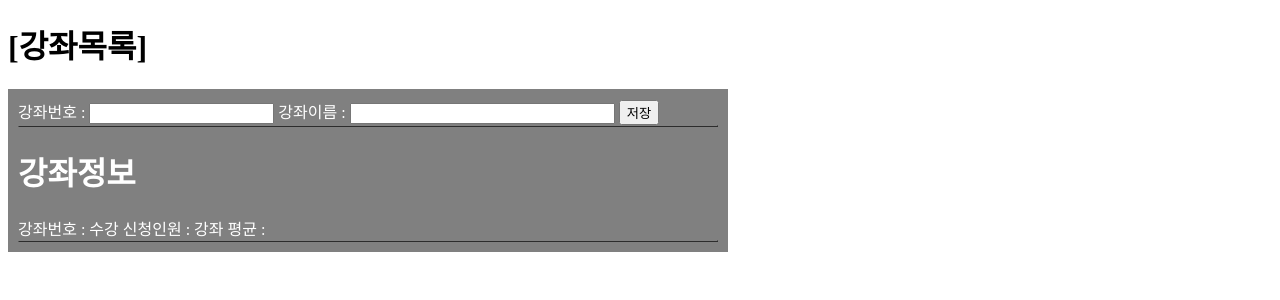
Repository: odasd/Ark-html
Page: 20200429/ex20200508/WebContent/clist.html
The author's editor kept a copy of each file at every save. The page is drawn from the files as they stood at one save, then again after the next save.
The browser window is 1280 px wide. The pictures show the whole page.
Some web libraries are served in a nearby version.

Above is the page before, as saved 2020-05-08 07:07:25.

### 20200429/ex20200508/WebContent/clist.html
<!DOCTYPE html>
<html>
<head>
	<meta charset="UTF-8">
	<title>강좌목록</title>
	<script src="http://code.jquery.com/jquery-1.9.1.js"></script>
	<script src="https://cdnjs.cloudflare.com/ajax/libs/handlebars.js/3.0.1/handlebars.js"></script>
	<style>
		select {height:23px;}
		#courses {background:gray; color:white; width:700px; padding:10px; margin-bottom:10px;}
	</style>
</head>
<body>
	<h1>[강좌목록]</h1>
	<div id="courses">
		강좌번호 : <input type="text" id="lcode" maxlength=4>
		강좌이름 : <input type="text" id="lname" size=30>
		<input type="button" id="btnSave" value="저장">

		<table id=tbl border=1 width=700></table>
		<script id="temp" type="text/x-handlebars-template">
		<tr>
			<th>강좌번호</th>
			<th>강좌이름</th>
			<th>삭제</th>
		</tr>
		{{#each array}}
		<tr class=row>
			<td class=lcode>{{lcode}}</td>
			<td class=lname>{{lname}}</td>
			<td><button>삭제</botton></td>
		</tr>
		{{/each}}


	</script>
	<div id="enroll">
		<h1>강좌정보</h1>
		강좌번호 : <span id=lcode></span>
		수강 신청인원 : <span id=cnt></span>
		강좌 평균 : <span id=avg></span>
	</div>
	<table id=tbl2 border=1 width=700></table>
	<script id="temp2" type="text/x-handlebars-template">
		<tr>
			<th>학생번호</th>
			<th>학생이름</th>
			<th>점수</th>
			<th>수정</th>
		</tr>
		{{#each array}}
		<tr class=row>
			<td class=scode>{{scode}}</td>
			<td class=sname>{{sname}}</td>
			<th><input type=text value={{grade}}></th>
			<td><button>수정</botton></td>
		</tr>
		{{/each}}


	</script>
	</div>
</body>
<script>

	getlist();
	//수강신청학생 보기
	$("#tbl").on("click",".row" ,function(){
		$("#enroll").hide();
		var lcode=$(this).find(".lcode").html();
		$.ajax({
			type:"get",
			url:"celist.jsp",
			dataType:"json",
			data:{"lcode":lcode},
			success:function(data){
				if(data.cnt==0) {
					alert("수강신청한 학생이 없습니다.");
				} else {
					var temp=Handlebars.compile($("#temp2").html());
					$("#tbl2").html(temp(data));
					$("#lcode").html(data.lcode);
		            $("#cnt").html(data.cnt);
		            $("#avg").html(data.avg);
		            $("#enroll").show();
					$("#tbl2").show();
				}

			}
		});
	});
	function getlist(){
		$.ajax({
			type:"get",
			url:"clist.jsp",
			dataType:"json",
			success:function(data){
				var temp=Handlebars.compile($("#temp").html());
				$("#tbl").html(temp(data));
			}
		});
		}

        function getinsert(){
		if(!confirm("강좌를 등록하시겠습니까?")) return;
		lcode=$("#lcode").val();
		lname=$("#lname").val();

		$.ajax({
			type:"post",
			url:"cinsert.jsp",
			data:{"lcode":lcode,"lname":lname},
			dataType:"json",
			success:function(data){
				var cnt=data.cnt;
				if(cnt==1) {
					alert("강좌가 이미 존재합니다.");
				} else {
					alert("저장되었습니다.");
					getlist();
				}

			}

		});
        }
	$("#lname").keydown(function(key){
		if (key.keyCode == 13) {
			getinsert();
		}
	});

	$("#tbl").on("click", ".row button", function(){
		var row=$(this).parent().parent();
		lcode=row.find(".lcode").html();
		if(!confirm(lcode + "를(을) 삭제하시겠습니까?")) return;
		$.ajax({
			type:"post",
			url:"cdelete.jsp",
			dataType:"json",
			data:{"lcode":lcode},
			success:function(data){
				var cnt=data.cnt;
				if(cnt==0) {
					alert("삭제되었습니다.");
					getlist();
				} else {
					alert("강좌 데이터가 있어 삭제할수 없습니다.")
				}
			}
		});
	});

	$("#btnSave").on("click", function(){
		getinsert();
	});
</script>
</html>

After the next save:
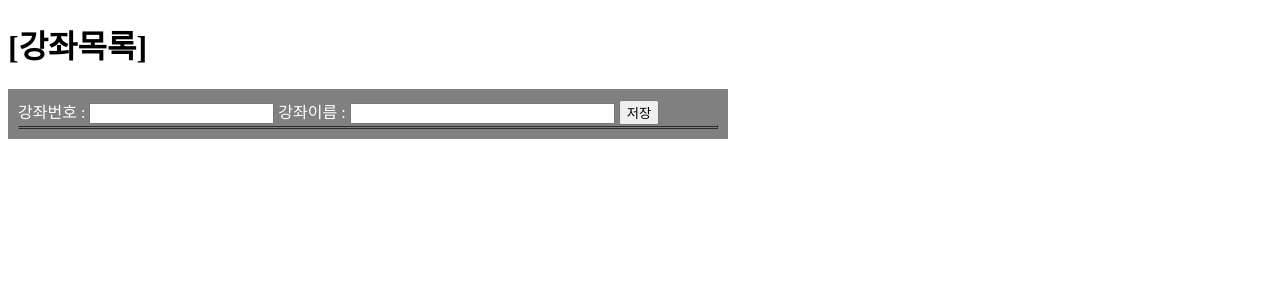
Saved 75 s later.
--- a/20200429/ex20200508/WebContent/clist.html
+++ b/20200429/ex20200508/WebContent/clist.html
@@ -8,6 +8,7 @@
 	<style>
 		select {height:23px;}
 		#courses {background:gray; color:white; width:700px; padding:10px; margin-bottom:10px;}
+		#enroll{display:none;}
 	</style>
 </head>
 <body>
@@ -66,7 +67,7 @@
 	getlist();
 	//수강신청학생 보기
 	$("#tbl").on("click",".row" ,function(){
-		$("#enroll").hide();
+
 		var lcode=$(this).find(".lcode").html();
 		$.ajax({
 			type:"get",

After the 4 saves that followed:
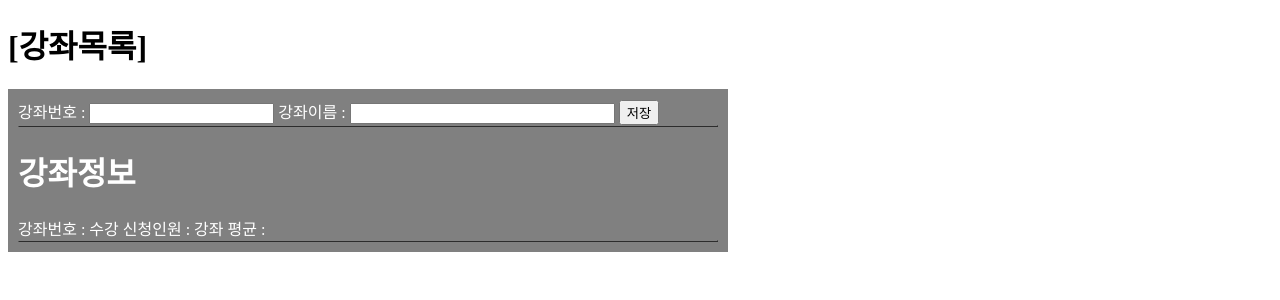
The 4 saves are shown as one change because 3 left the picture as it was.
The last was saved 3 min 16 s later.
--- a/20200429/ex20200508/WebContent/clist.html
+++ b/20200429/ex20200508/WebContent/clist.html
@@ -8,7 +8,7 @@
 	<style>
 		select {height:23px;}
 		#courses {background:gray; color:white; width:700px; padding:10px; margin-bottom:10px;}
-		#enroll{display:none;}
+		#enroll{}
 	</style>
 </head>
 <body>
